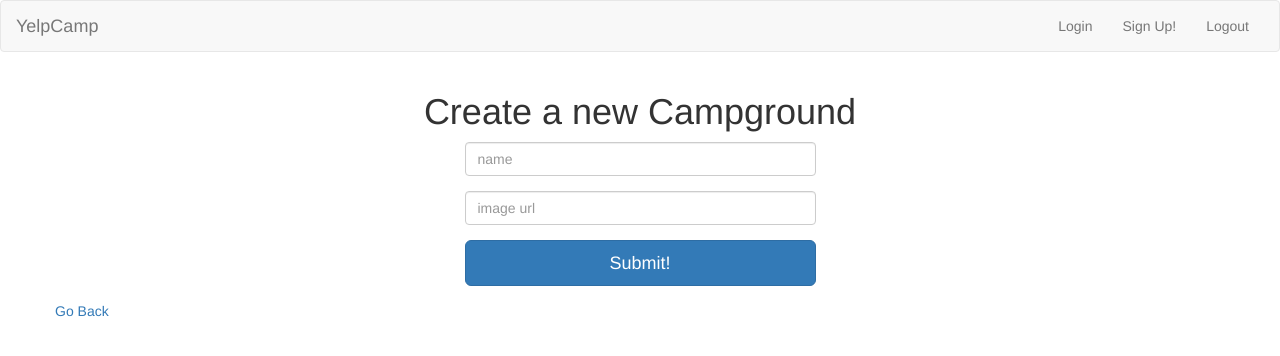
Repository: karanagg262/The-Web-Development-Bootcamp
Page: http://localhost/campgrounds/new
The author's editor kept a record of every edit. The page is drawn from the files as they stood at one moment, then again after the next edit.
The browser window is 1280 px wide. The pictures show the whole page.
The page is served by the project's Node server (yelpcamp/v1/app.js).

Above is the page before.

### Backend and full scale projects/yelpcamp/v1/views/new.ejs
<%- include("partials/header") %>
<div class="container">
    <div class="row">
        <h1 style="text-align: center">Create a new Campground</h1>
        <div style="width: 30%; margin: 0 auto;">
            <form action="/campgrounds" method="POST">
            <div class="form-group">
                <input class="form-control" type="text" name="name" placeholder="name">
            </div>
            <div class="form-group">
                <input class="form-control" type="text" name="image" placeholder="image url">
            </div>
            <div class="form-group">
            <button class="btn btn-lg btn-primary btn-block">Submit!</button>
            </div>
        </div>
        <a href="/campgrounds">Go Back</a>
</form>

    </div>
</div>
<%- include("partials/footer") %>

### Backend and full scale projects/yelpcamp/v1/views/partials/header.ejs
<!DOCTYPE html>
<html>
    <head>
        <title>Yelpcamp</title>
        <link rel="stylesheet" href="https://maxcdn.bootstrapcdn.com/bootstrap/3.3.5/css/bootstrap.min.css">
    </head>
    <body>

        <nav class="navbar navbar-default">
            <div class="container-fluid">
                <div class="navbar-header">
                    <a class="navbar-brand" href="/">YelpCamp</a>
                </div>
                <div class="collapse navbar-collapse">
                    <ul class="nav navbar-nav navbar-right">
                        <li><a href="/">Login</a></li>
                        <li><a href="/">Sign Up!</a></li>
                        <li><a href="/">Logout</a></li>
                    </ul>
                </div>
            </div>
        </nav>

### Backend and full scale projects/yelpcamp/v1/views/partials/footer.ejs

    </body>
</html>

### Backend and full scale projects/yelpcamp/v1/app.js
var express = require("express");
var app = express();
var bodyparser = require("body-parser");

app.use(bodyparser.urlencoded({extended: true}));

app.set("view engine", "ejs");
var campgrounds = [
        {name: "Salmon Creek", image: "https://farm9.staticflickr.com/8442/7962474612_bf2baf67c0.jpg"},
        {name: "Granite Hill", image: "https://farm1.staticflickr.com/60/215827008_6489cd30c3.jpg"},
        {name: "Mountain Goat's Rest", image: "https://farm7.staticflickr.com/6057/6234565071_4d20668bbd.jpg"},
        {name: "Salmon Creek", image: "https://farm9.staticflickr.com/8442/7962474612_bf2baf67c0.jpg"},
        {name: "Granite Hill", image: "https://farm1.staticflickr.com/60/215827008_6489cd30c3.jpg"},
        {name: "Mountain Goat's Rest", image: "https://farm7.staticflickr.com/6057/6234565071_4d20668bbd.jpg"},
        {name: "Salmon Creek", image: "https://farm9.staticflickr.com/8442/7962474612_bf2baf67c0.jpg"},
        {name: "Granite Hill", image: "https://farm1.staticflickr.com/60/215827008_6489cd30c3.jpg"},
        {name: "Mountain Goat's Rest", image: "https://farm7.staticflickr.com/6057/6234565071_4d20668bbd.jpg"}
];

app.get("/", function(req, res){
   res.render("landing")
});

app.get("/campgrounds", function(req,res){
       res.render("campgrounds", {campgrounds, campgrounds});
});

app.post("/campgrounds", function(req, res){
    var name = req.body.name;
    var image = req.body.image;
    var newcamp = {name: name, image: image}
    campgrounds.push(newcamp);
    //res.send("You hit the butt");
    res.redirect("/campgrounds");
});

app.get("/campgrounds/new", function(req, res) {
    res.render("new.ejs");
})

app.listen(process.env.PORT, process.env.IP, function(){
    console.log("Yelp Camp Started");
});

After the next edit:
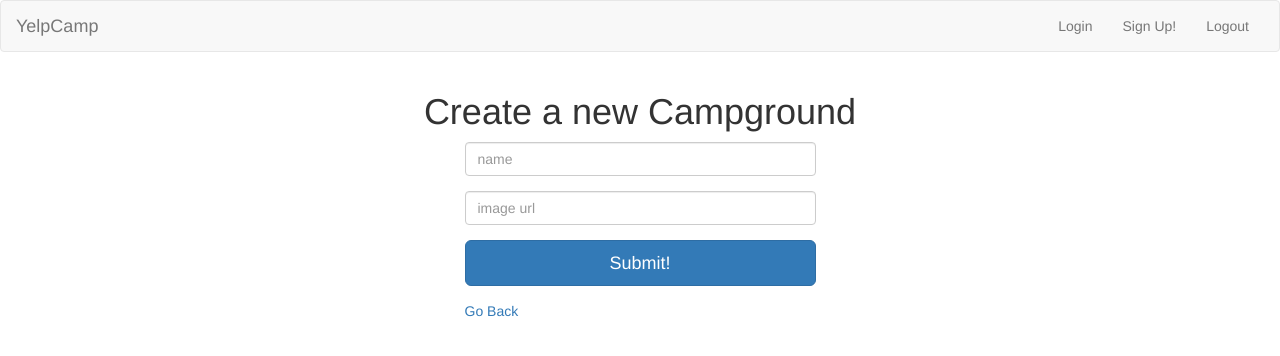
The edit:
--- a/Backend and full scale projects/yelpcamp/v1/views/new.ejs
+++ b/Backend and full scale projects/yelpcamp/v1/views/new.ejs
@@ -13,10 +13,9 @@
             <div class="form-group">
             <button class="btn btn-lg btn-primary btn-block">Submit!</button>
             </div>
+            </form>
+            <a href="/campgrounds">Go Back</a>
         </div>
-        <a href="/campgrounds">Go Back</a>
-</form>
-
     </div>
 </div>
 <%- include("partials/footer") %>
